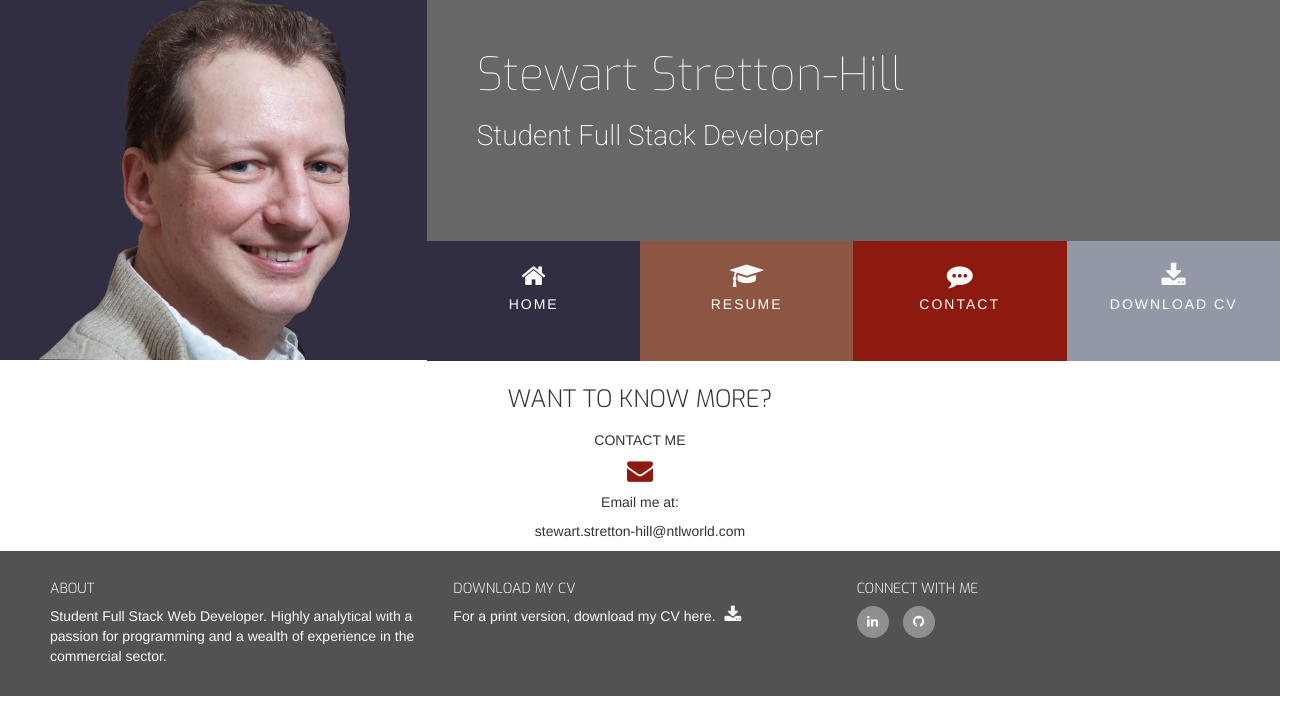
Repository: Shilldon/CV
Page: contact.html
The author's editor kept a record of every edit. The page is drawn from the files as they stood at one moment, then again after the next edit.
The browser window is 1280 px wide. The page is 1295 px wide, so the pictures cover 1295 px, including what lies to the right of the window. The pictures show the whole page.

Above is the page before.

### contact.html
<!DOCTYPE html>
<html lang="en">

<head>
    <link rel="stylesheet" href="https://maxcdn.bootstrapcdn.com/bootstrap/3.3.7/css/bootstrap.min.css" type="text/css" />
    <link rel="stylesheet" href="https://stackpath.bootstrapcdn.com/font-awesome/4.7.0/css/font-awesome.min.css" type="text/css" />
    <link rel="stylesheet" href="https://cdnjs.cloudflare.com/ajax/libs/hover.css/2.3.1/css/hover-min.css" type="text/css" />
    <link rel="stylesheet" href="assets/css/style.css" type="text/css" />
    <meta name="viewport" content="width=device-width, initial-scale-1">
</head>

<body>
    <header class="container-fluid">
        <div class="row">
            <a href="index.html" alt="profile image">
                <div class="col-md-4 logo"></div>
            </a>
            <div class="col-md-8">
                <div class="row bg-color-name-title">
                    <div class="heading">
                        <h1 class="name">Stewart Stretton-Hill</h1>
                        <h2 class="title">Student Full Stack Developer</h2>
                    </div>
                </div>

                <div class="row">
                    <ul id="nav" class="list-inline clearfix">
                        <li class="col-xs-6 col-sm-3 ui-menu-color-home menuitem">
                            <a href="index.html" class="hvr-sweep-to-bottom"><i class="fa fa-home" aria-hidden="true"></i><span>Home</span></a>
                        </li>
                        <li class="col-xs-6 col-sm-3 ui-menu-color-resume menuitem">
                            <a href="resume.html" class="hvr-sweep-to-bottom"><i class="fa fa-graduation-cap" aria-hidden="true"></i><span>Resume</span></a>
                        </li>
                        <li class="col-xs-6 col-sm-3 ui-menu-color-contact menuitem">
                            <a href="#" class="hvr-sweep-to-bottom"><i class="fa fa-commenting" aria-hidden="true"></i><span>Contact</span></a>
                        </li>
                        <li class="col-xs-6 col-sm-3 ui-menu-color-download menuitem">
                            <a href="assets/cv/sample-cv.pdf" target="_blank" class="hvr-sweep-to-bottom"><i class="fa fa-download" aria-hidden="true"></i><span>Download CV</span></a>
                        </li>
                    </ul>
                </div>
            </div>
        </div>
    </header>

    <section class="container-fluid">
        <div class="row bg-color-contact">
            <div>
                <h3 class="contact-heading uppercase text-center">Want to know more?</h3>
                <h5 class="uppercase text-center">Contact me</h5>
            </div>
            <div class="row">
                <div class="col-xs-10 col-xs-offset-1 text-center">
                    <i class="three-reasons-icon fa fa-envelope" aria-hidden="true"></i>
                    <h5>Email me at:</h5>
                    <p>stewart.stretton-hill@ntlworld.com</p>
                </div>
            </div>
        </div>
    </section>

    <footer class="container-fluid">
        <div id="footer-details" class="row">
            <div class="col-sm-4">
                <h5 class="uppercase general-sub">About</h5>
                <p class="inline-block">
                    Student Full Stack Web Developer. Highly analytical with a passion for programming and a wealth of experience in the commercial sector.
                </p>
            </div>
            <div class="col-sm-4">
                <h5 class="uppercase general-sub">Download My CV</h5>
                <p class="inline-block">
                    For a print version, download my CV here.
                    <a href="assets/cv/cv.pdf" target="_blank" class="cv-pdf"><i class="fa fa-download" aria-hidden="true"></i></a>
                </p>
            </div>
            <div class="col-sm-4">
                <h5 class="uppercase general-sub">Connect with me</h5>
                <ul class="list-inline social-links">
                    <li><a target=".blank" href="https://www.linkedin.com/in/stewartstrettonhill/"><i class="fa fa-linkedin"></i></a></li>
                    <li><a target="_blank" href="https://github.com/Shilldon/"><i class="fa fa-github" aria-hidden="true"></i></i></a></li>
                </ul>
            </div>
        </div>

    </footer>
</body>

</html>

### assets/css/style.css
@import url('https://fonts.googleapis.com/css?family=Roboto:100,200,300,400,500,600,700|Exo:100,200,300,400,500,600,700');

/*-------------------------------------------Colors*/

.bg-color-name-title {
    background-color: #676767;
}

.bg-color-three-reasons {
    background-color: #ffffff;
}

.bg-color-personal-info {
    background-color: #f4f4f4;
}

.bg-color-work-history {
    background-color: rgb(29, 28, 38);
}

.bg-color-contact {
    background-color: #ffffff;
}

.ui-menu-color-home {
    background-color: #302E40;
}

.ui-menu-color-resume {
    background-color: #8C5642;
}

.ui-menu-color-contact {
    background-color: #8C1A0F;
}

.ui-menu-color-download {
    background-color: #9298A6;
}


/*-------------------------------------------Special Padding/Margins/Text*/

h1,
h2,
h3,
h4 {
    margin: 0;
}

.uppercase {
    text-transform: uppercase;
}

.general-sub {
    font-family: "Exo", sans-serif;
    font-weight: 300;
    color: #fafafa;
}

.inline-block {
    display: inline-block;
}

.row-table {
    display: table;
}

.history-heading,
.section-heading {
    font-family: "Exo", sans-serif;
    font-weight: 300;
    margin-top: 25px;
    margin-bottom: 40px;
}

/*-------------------------------------------Heading*/

header {
    margin: 0;
}

.heading {
    margin-left: 50px;
}

.logo {
    background: url("../images/headshot.jpg");
    background-position: center;
    background-repeat: no-repeat;
    background-size: cover;
    min-height: 360px;
    transition: all .5s ease-in-out;
    -moz-transition: all .5s ease-in-out;
    -webkit-transition: all .5s ease-in-out;
}

.name {
    font-family: "Exo", sans-serif;
    font-weight: 100;
    font-size: 46px;
    margin-top: 50px;
    color: #ffffff;
}

.title {
    font-family: "Roboto", sans-serif;
    font-weight: 200;
    font-size: 28px;
    margin-top: 20px;
    margin-bottom: 90px;
    color: #ffffff;
}

#nav {
    margin: 0;
}

#nav li {
    padding: 0;
}

.menuitem {
    height: 120px;
    text-align: center;
    padding: 0;
}

.menuitem a {
    width: 100%;
    text-decoration: none;
    color: #ffffff;
    height: 120px;
}

.menuitem a i {
    padding-top: 22px;
    display: block;
    color: #fafafa;
    font-size: 26px;
}

.menuitem span {
    display: block;
    width: 100%;
    padding-top: 5px;
    text-align: center;
    text-transform: uppercase;
    font-size: 14px;
    font-weight: 300;
    letter-spacing: 2px;
}

/*-------------------------------------------Hover.css*/

.hvr-sweep-to-bottom:before {
    background: rgba(0, 0, 0, 0.2);
    height: 120px;
}


/*-------------------------------------------Footer*/

footer {
    background-color: #525252;
    color: #fafafa;
    min-height: 120px;
    margin: 0;
}

footer .cv-pdf i {
    color: #fafafa;
    text-align: center;
    font-size: 18px;
    padding-left: 5px;
}

footer .cv-pdf i:hover {
    color: #e84610;
    transition: all 0.35s ease-in-out;
    -moz-transition: all 0.35s ease-in-out;
    -webkit-transition: all 0.35s ease-in-out;
    -o-transition: all 0.35s ease-in-out;
}

.social-links {
    padding-bottom: 15px;
}

.social-links li a i {
    width: 32px;
    height: 32px;
    padding: 12px 0;
    border-radius: 50%;
    font-size: 13px;
    line-height: 7px;
    text-align: center;
    color: #fafafa;
    background: #8f8f8f;
    transition: all 0.35s ease-in-out;
    -moz-transition: all 0.35s ease-in-out;
    -webkit-transition: all 0.35s ease-in-out;
    -o-transition: all 0.35s ease-in-out;

}

.social-links li a i:hover {
    background: #8C1A0F;

}

#footer-details {
    margin: 20px;
}


/*-------------------------------------------Three Reasons*/

.three-reasons-icon {
    font-size: 26px;
    color: #8C1A0F;

}

.three-reasons-heading {
    margin-bottom: 15px;

}


/*-------------------------------------------Personal Info*/

.personal-info-item {
    margin-bottom: 20px;
    display: block;
    clear: both;

}

.personal-info-item .key,
.personal-info-item .value {
    padding-right: 8px;
}

.personal-info-item .key p,
.personal-info-item .value p {
    margin: 0;
}

.personal-info-item .key {
    display: inline-block;
    width: 30%;
    margin-right: 21px;
    padding-top: 2px;
    vertical-align: top;
}

.personal-info-item .key p {
    font-weight: 700;
}

.personal-info-item .value {
    display: inline-block;
    position: relative;
    width: 60%;
}

/*-------------------------------------------Skills*/

.progress {
    position: relative;
    height: 25px;
}

.progress-type {
    position: absolute;
    /*so text will sit on the progress bar */
    left: 0px;
    font-weight: 400;
    padding: 3px 30px 2px 10px;
    color: #fafafa;
    background-color: rgba(25, 25, 25, 0.2);
}

.progress-section {
    margin: 40px 20px;
}

/*-------------------------------------------Work History*/

.timeline-item {
    padding: 4em 2em 0em 2em;
    position: relative;
    color: #fafafa;
    border-left: 1px solid;
}

.timeline-item p {
    padding: 0;
    margin: 0;

}



.timeline-item::before {
    /*before is a pseudo element */
    content: attr(dates);
    /*search for attribute called dates and display value assocaited with that dates key */
    /*content - i.e. put in whatever the value of content is */
    position: absolute;
    left: 2.5em;
    top: 3em;
    display: block;
    font-family: "Exo", sans-serif;
    font-weight: 500;
    font-size: 0.8em;
    padding: 0;
    margin: 0;

}

.timeline-item::after {
    width: 12px;
    height: 12px;
    display: block;
    top: 2.4em;
    position: absolute;
    left: -6px;
    border-radius: 12px;
    content: '';
    background: #fafafa;
}


.history-heading {
    color: #fafafa;
    margin-bottom: 50px;
}

.history-items {
    margin-bottom: 30px;
}

/*-------------------------------------------Contact*/

.contact-heading {
    font-family: "Exo", sans-serif;
    font-weight: 300;
    margin-top: 25px;
    margin-bottom: 20px;
}
/*
.center-form {
    padding-top: 10px;
    margin: 0 auto;
    max-width: 70%;
}

button[type="submit"] {
    margin-top: 15px;
    margin-bottom: 20px;
    background-color: #e84610;
    color: #fafafa;
}
*/
.contact-details {
    padding:40px;
}
.contact-details .row {
    padding:20px 20px;
}
/*-------------------------------------------Media Queries*/

@media(min-width: 992px) {
    .section-column {
        padding: 0 30px 30px;
        float: none;
        display: table-cell;
    }

    .center-form {
        padding-top: 30px;
        min-height: 240px;
        margin: 0 auto;
        max-width: 50%;
    }
}

After the next edit:
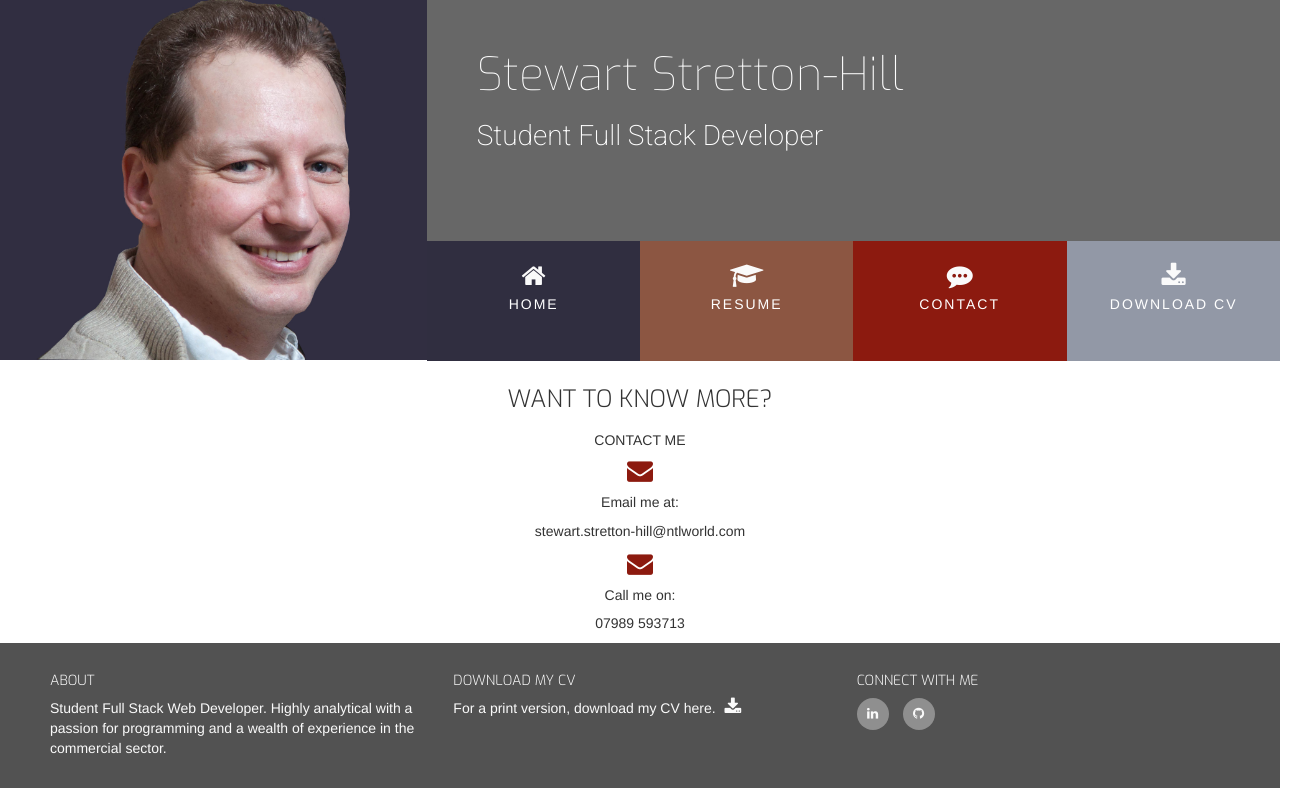
The edit:
--- a/contact.html
+++ b/contact.html
@@ -56,6 +56,13 @@
                     <p>stewart.stretton-hill@ntlworld.com</p>
                 </div>
             </div>
+            <div class="row">
+                <div class="col-xs-10 col-xs-offset-1 text-center">
+                    <i class="three-reasons-icon fa fa-envelope" aria-hidden="true"></i>
+                    <h5>Call me on:</h5>
+                    <p>07989 593713</p>
+                </div>
+            </div>
         </div>
     </section>
 
